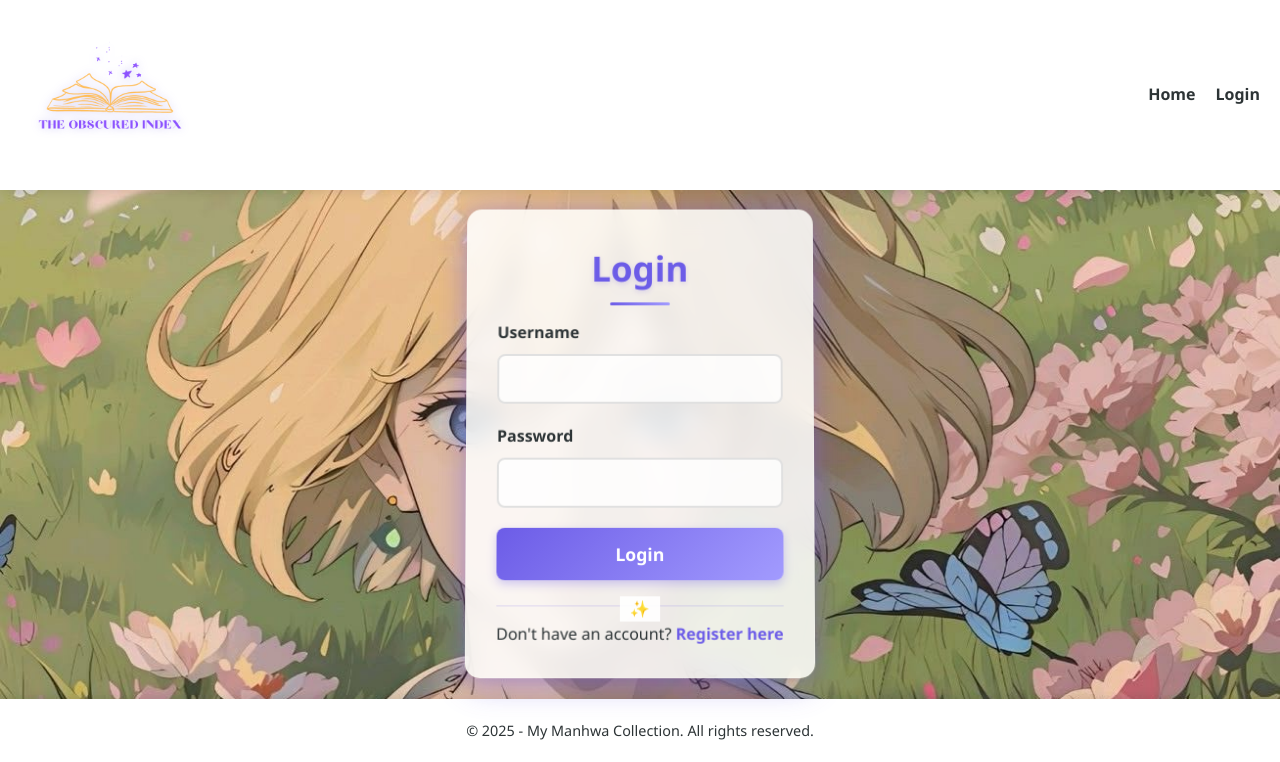
Repository: sodiumbicarbonate-29/TheObscuredIndex
Page: http://localhost/login.php
An editor plug-in stored every save of this project. The page is shown before and after the next save, followed by the edit.
The browser window is 1280 px wide. The pictures show the whole page.
The page is run by PHP 8.4 with error messages shown; the project is at /var/www/html/.

Above is the page before, as saved 2025-05-26 17:37:05.

After the next save:
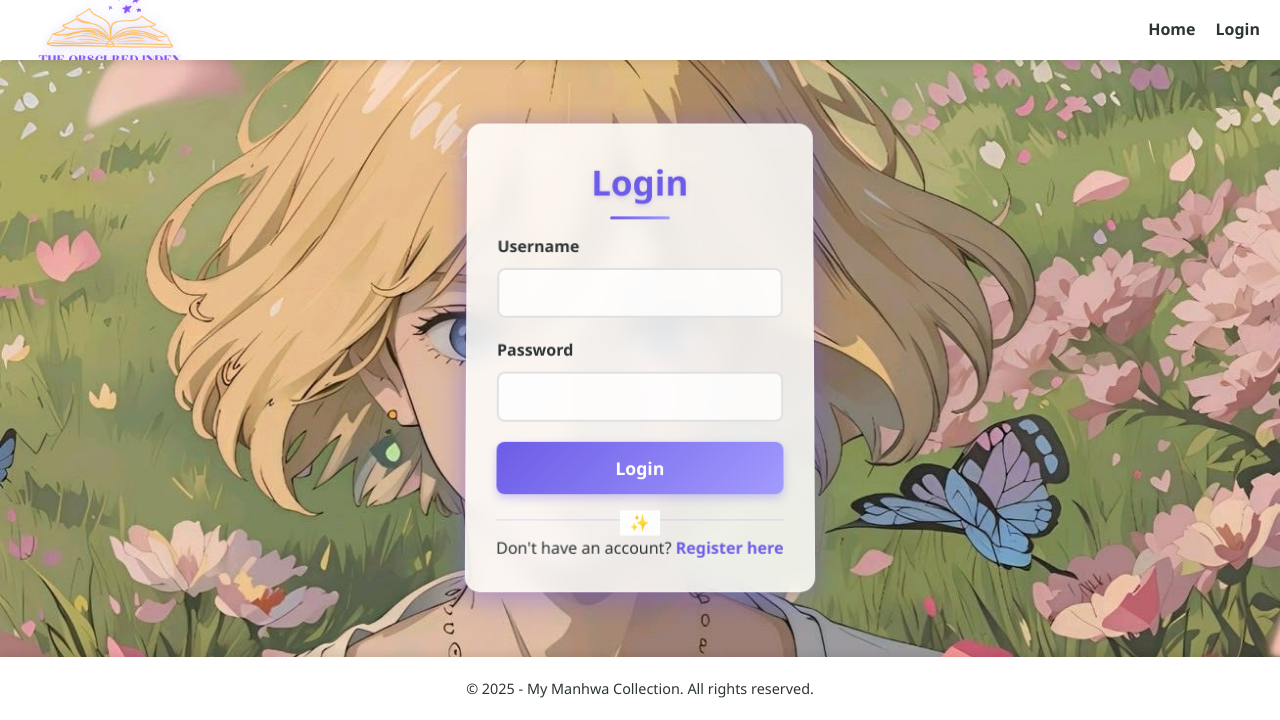
Saved 2 min 16 s later.
--- a/includes/navbar.php
+++ b/includes/navbar.php
@@ -6,10 +6,12 @@
     position: sticky;
     top: 0;
     z-index: 100;
-    padding: 5px 0;
+    padding: 0;
     display: flex;
     justify-content: space-between;
     align-items: center;
+    height: 60px;
+    overflow: hidden;
 }
 
 #logo {
@@ -28,6 +30,8 @@
     margin-right: 15px;
     filter: drop-shadow(0 0 5px rgba(108, 92, 231, 0.4));
     transition: all 0.3s ease;
+    margin-top: -60px;
+    margin-bottom: -60px;
 }
 
 #logo a:hover img {
